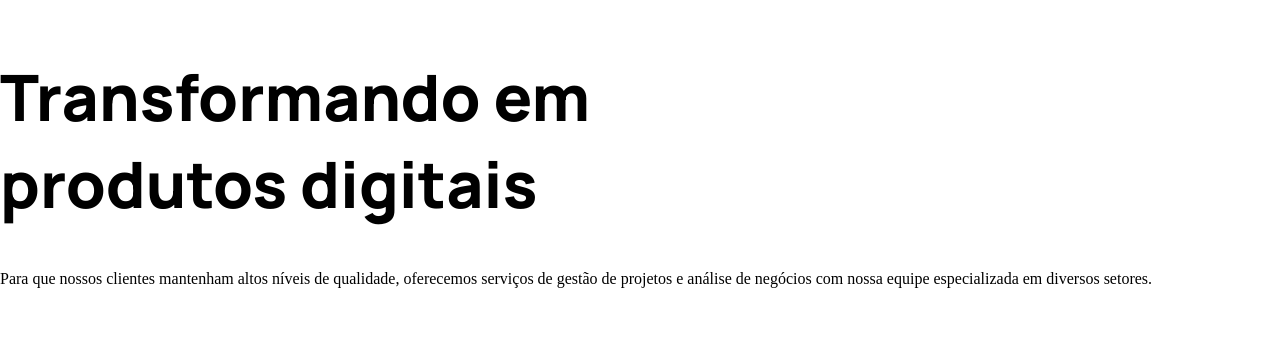
Repository: kleber-goncalves/Landing-Page-Gestao-de-projetos-dnc
Page: index.html
The author's editor kept a copy of each file at every save. The page is drawn from the files as they stood at one save, then again after the next save.
The browser window is 1280 px wide. The pictures show the whole page.

Above is the page before, as saved 2025-01-04 14:51:52.

### index.html
<!DOCTYPE html>
<html lang="pt-br">
<head>
    <meta charset="UTF-8">
    <meta name="viewport" content="width=device-width, initial-scale=1.0">
    <link rel="stylesheet" href="style.css">
    <link rel="preconnect" href="https://fonts.googleapis.com">
    <link rel="preconnect" href="https://fonts.gstatic.com" crossorigin>
    <link href="https://fonts.googleapis.com/css2?family=Manrope:wght@200..800&display=swap" rel="stylesheet">
    <title>Document</title>
</head>
<body>
    <main>
        <section id="topo" >
            <div id="elemnt-topo">
                <h1>Transformando em produtos digitais</h1>
                <p>Para que nossos clientes mantenham altos níveis de qualidade, oferecemos serviços de gestão de projetos e análise de negócios com nossa equipe especializada em diversos setores.</p>
            </div>
        </section>
    </main>
</body>
</html>

### style.css
body {
    margin: 0;
    font-size: 100%;
    box-sizing: border-box;
}

#topo {
    display:flex ;
    flex-direction: row;
    justify-items: flex-start;
    align-items: center;
}

#elemnt-topo > h1 {
    width: 665px;
    height: 164px;
    font-family: "Manrope", serif;
    font-size: 64px;
    font-weight: 800;
    color: black;
}

#elemnt-topo > p {

}

After the next save:
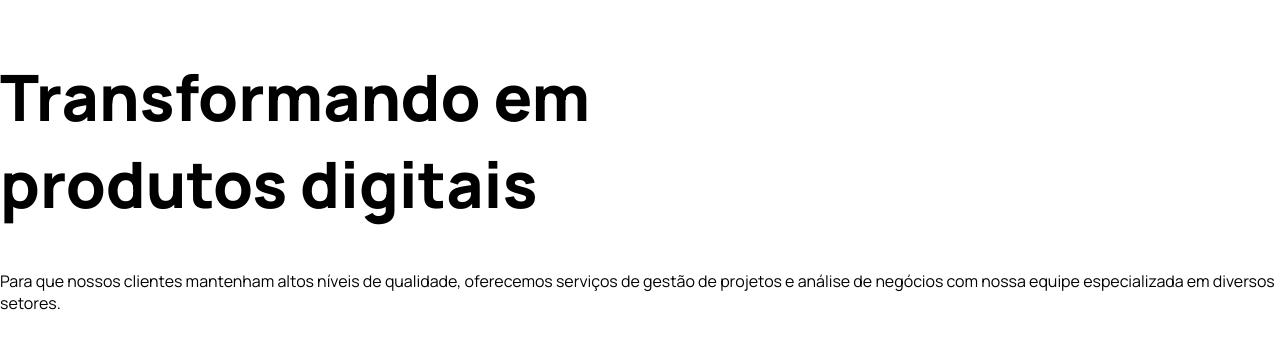
Saved 9 s later.
--- a/style.css
+++ b/style.css
@@ -21,5 +21,5 @@ body {
 }
 
 #elemnt-topo > p {
-
+    font-family: "Manrope", serif;
 }
